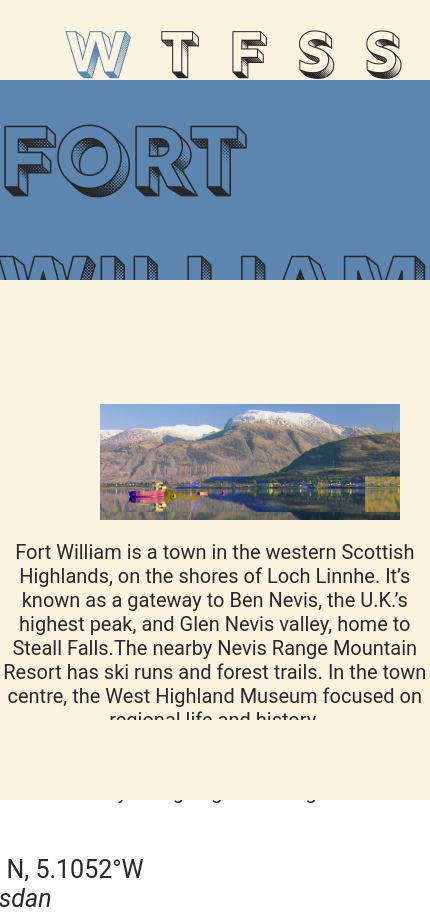
Repository: etak-yram/FINAL-CFG-WEB-DEV
Page: wednesday.html
The author's editor kept a copy of each file at every save. The page is drawn from the files as they stood at one save, then again after a run of saves.
The browser window is 375 px wide. The page is 430 px wide, so the pictures cover 430 px, including what lies to the right of the window. The pictures show the whole page.

Above is the page before, as saved 2022-07-27 12:40:15.

After the next 3 saves:
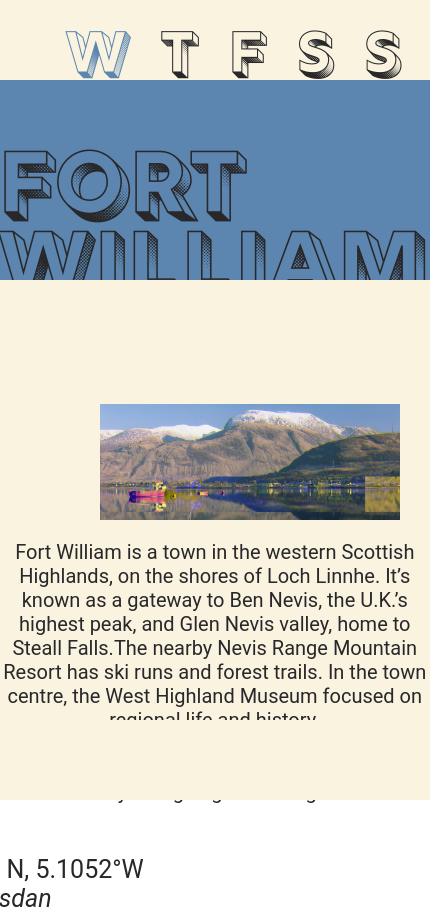
The 3 saves are shown as one change because they came seconds apart.
The last was saved 17 s later.
--- a/style-main.css
+++ b/style-main.css
@@ -232,6 +232,7 @@ aside {
   font-family: halftone;
   color: #28282B;
   font-size: 1em;
+  line-height: 80px;
 }
 
 
